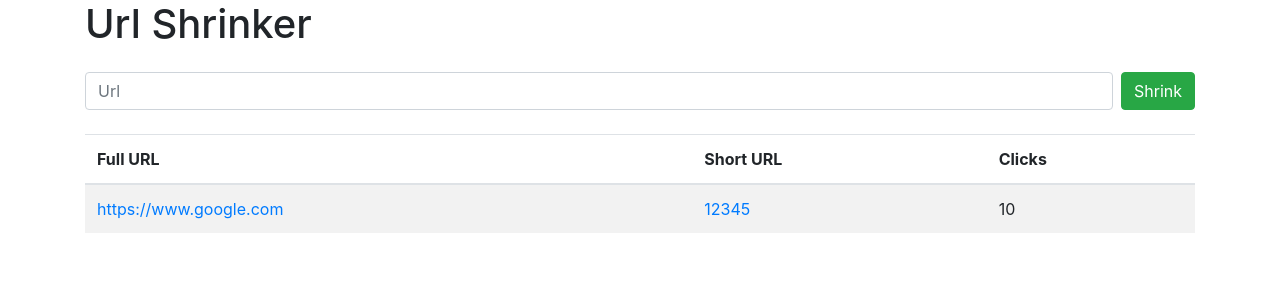
Repository: mohamediyas/urlShorter
Page: http://localhost/
The author's editor kept a copy of each file at every save. The page is drawn from the files as they stood at one save, then again after the next save.
The browser window is 1280 px wide. The pictures show the whole page.
The page is served by the project's Node server (index.js).

Above is the page before, as saved 2022-10-22 13:37:25.

### views/index.ejs
<!DOCTYPE html>
<html lang="en">
  <head>
    <meta charset="UTF-8" />
    <meta http-equiv="X-UA-Compatible" content="IE=edge" />

    <meta name="viewport" content="width=device-width, initial-scale=1.0" />

    <title>Document</title>
    <link
      rel="stylesheet"
      href="https://stackpath.bootstrapcdn.com/bootstrap/4.4.1/css/bootstrap.min.css"
      integrity="sha384-Vkoo8x4CGsO3+Hhxv8T/Q5PaXtkKtu6ug5TOeNV6gBiFeWPGFN9MuhOf23Q9Ifjh"
      crossorigin="anonymous"
    />
  </head>

  <body>
    <div class="container">
      <h1>Url Shrinker</h1>

      <form action="" method="post" class="my-4 form-inline">
        <label class="sr-only" for="fullUrl">Url</label>
        <input
          placeholder="Url"
          required
          type="url"
          name="fullUrl"
          id="fullUrl"
          class="form-control col mr-2"
        />
        <button class="btn btn-success" type="submit">Shrink</button>
      </form>

      <table class="table table-striped">
        <thead>
          <tr>
            <th>Full URL</th>
            <th>Short URL</th>
            <th>Clicks</th>
          </tr>
        </thead>

        <tbody>
          <tr>
            <td>
              <a href="https://www.google.com">https://www.google.com</a>
            </td>
            <td>
              <a href="/12345">12345</a>
            </td>
            <td>10</td>
          </tr>
        </tbody>
      </table>
    </div>
  </body>
</html>

### index.js
const express = require("express");
const path = require("path");

const app = express();

app.set("view engine", "ejs");
// app.set("views", path.join(__dirname, "views"));

app.get("/", (req, res) => {
  res.render("index");
});

app.listen(process.env.PORT || 5000);

After the next save:
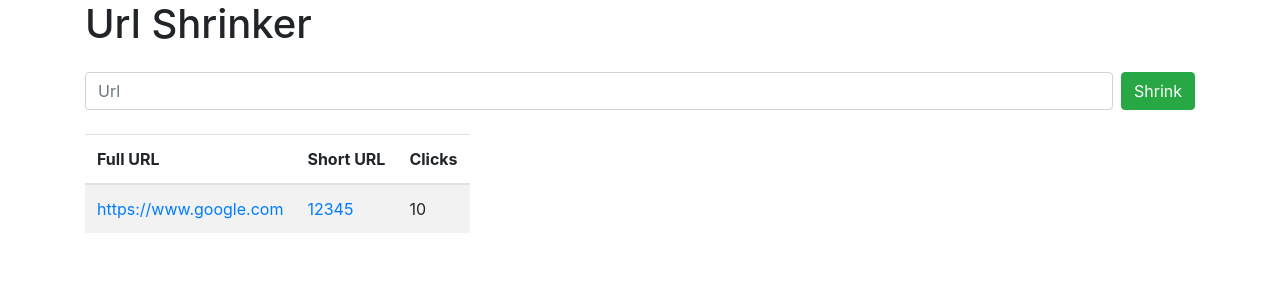
Saved 23 s later.
--- a/views/index.ejs
+++ b/views/index.ejs
@@ -32,7 +32,7 @@
         <button class="btn btn-success" type="submit">Shrink</button>
       </form>
 
-      <table class="table table-striped">
+      <table class="table table-striped table-responsive">
         <thead>
           <tr>
             <th>Full URL</th>
